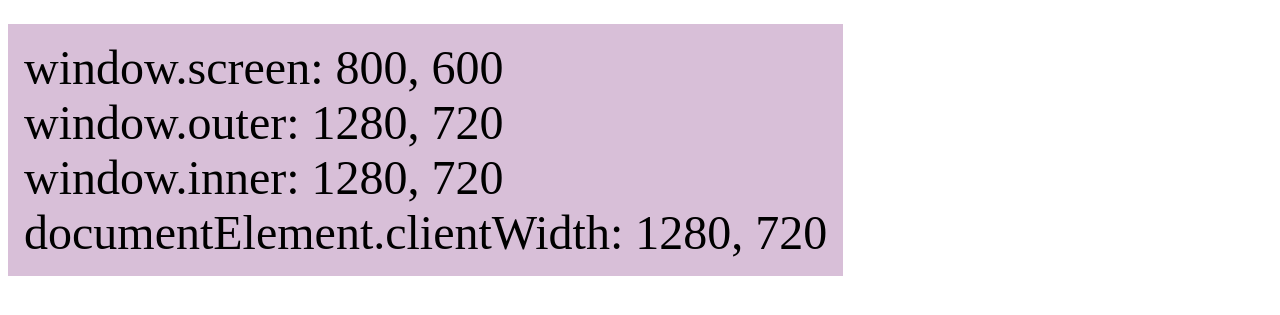
Repository: woojinShim/Browser-Study
Page: window_size.html
The author's editor kept a copy of each file at every save. The page is drawn from the files as they stood at one save, then again after the next save.
The browser window is 1280 px wide. The pictures show the whole page.

Above is the page before, as saved 2022-02-02 12:20:05.

After the next save:
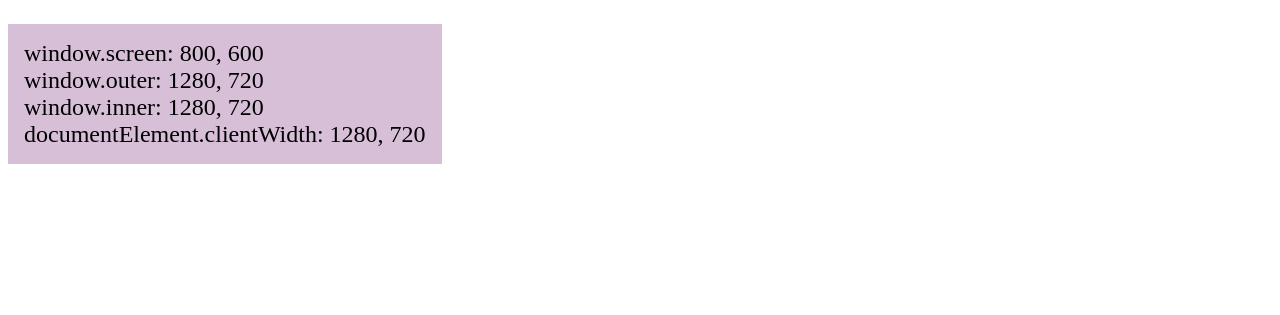
Saved 36 s later.
--- a/window_size.html
+++ b/window_size.html
@@ -11,7 +11,7 @@
             background: thistle;
             padding: 16px;
             margin-top: 16px;
-            font-size:48px;
+            font-size: 24px;
         }
     </style>
 </head>
